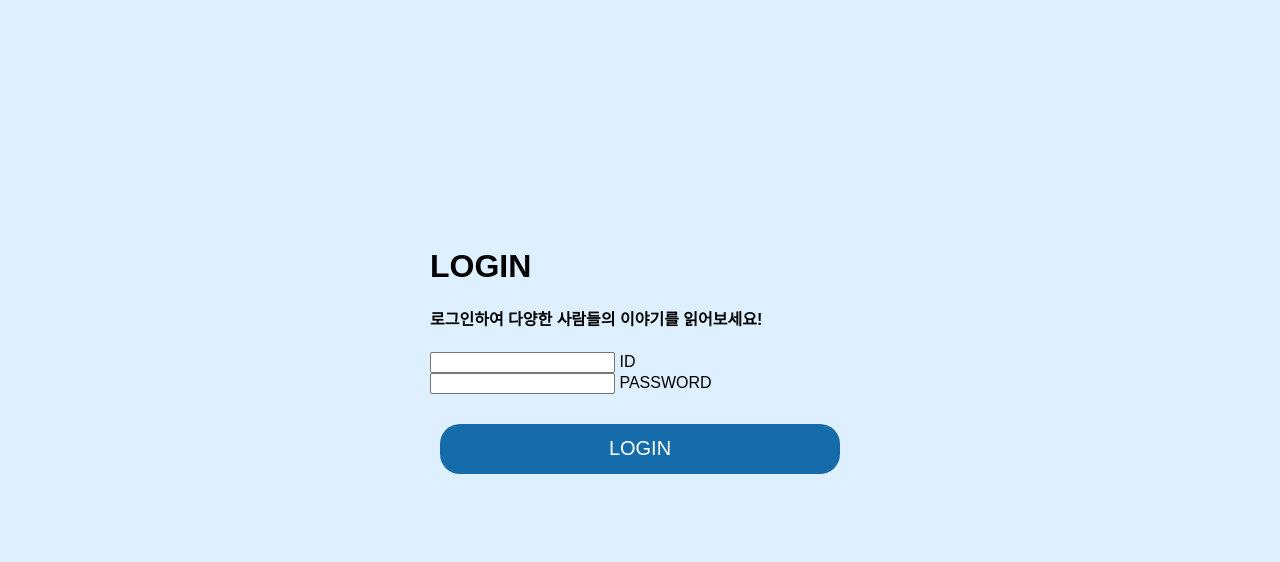
Repository: CISXO/JSP
Page: http://localhost/DB_Project/Login.jsp
An editor plug-in stored every save of this project. The page is shown before and after the next save, followed by the edit.
The browser window is 1280 px wide. The pictures show the whole page.
The page is served by Tomcat 9.

Above is the page before, as saved 2022-12-18 04:09:07.

After the next save:
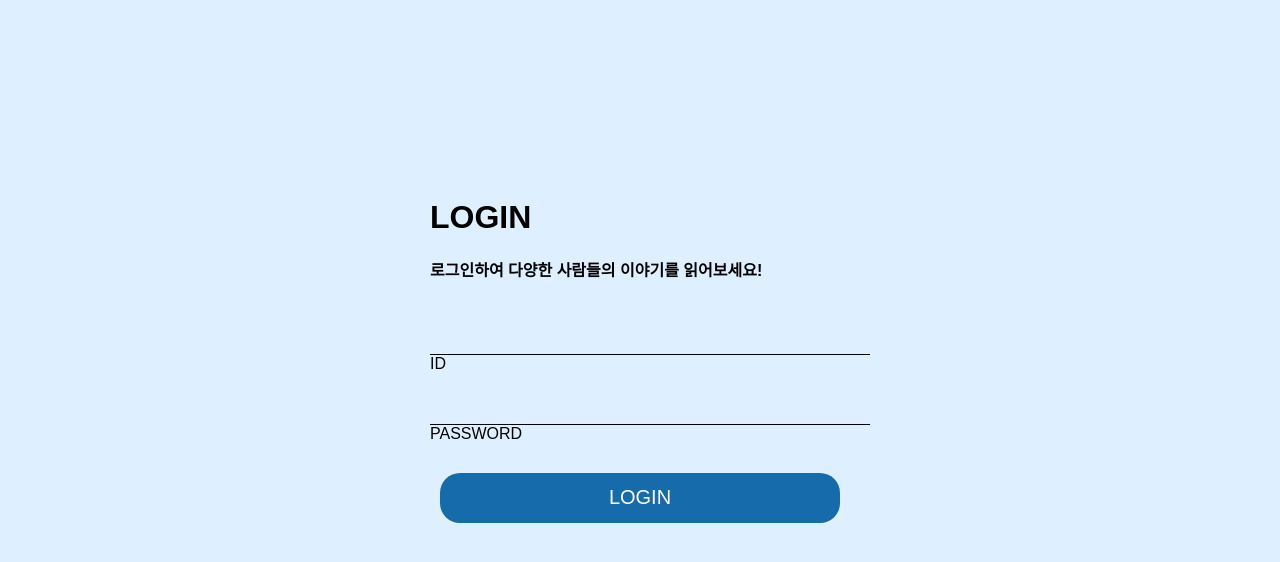
Saved 64 s later.
--- a/DbProject/DB_Project/src/main/webapp/Login.jsp
+++ b/DbProject/DB_Project/src/main/webapp/Login.jsp
@@ -19,6 +19,18 @@ body {
 .loginButtonBox {
     margin-top: 30px;
 }
+
+
+input {
+    width: 100%;
+    padding: 20px 10px 10px;
+    background-color: transparent;
+    border: none;
+    border-bottom: 1px solid black;
+    font-size: 18px;
+    outline: none;
+}
+
 
 #loginButton {
     width: 400px;
